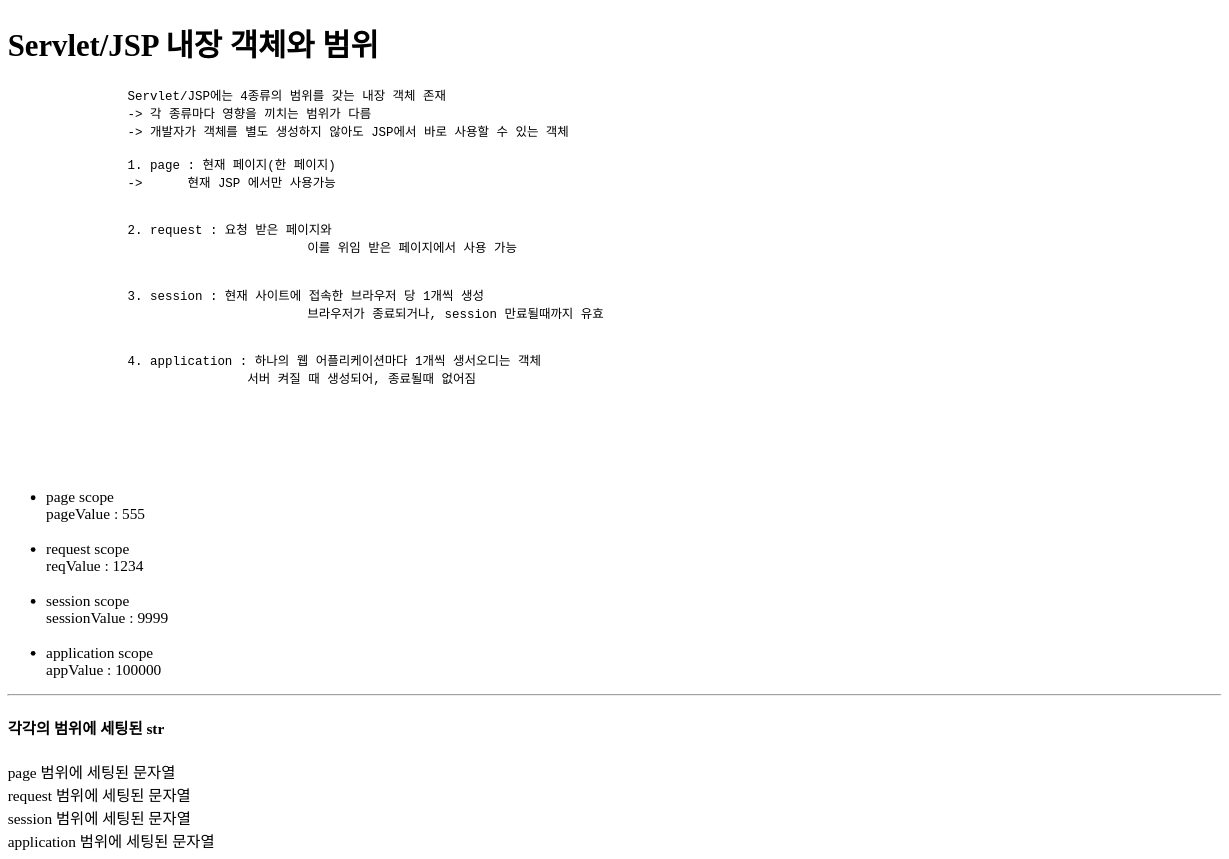
Repository: seungjoo1217/05_Server
Page: http://localhost/JSPProject2/scope
An editor plug-in stored every save of this project. The page is shown before and after the next save, followed by the edit.
The browser window is 1280 px wide. The pictures show the whole page, at 96% of full size.
The page is served by Tomcat 10. Other server files are loaded and not shown.

Above is the page before, as saved 2024-03-22 06:37:10.

### JSPProject2/src/main/webapp/WEB-INF/views/scope/scope.jsp
<%@ page language="java" contentType="text/html; charset=UTF-8"
    pageEncoding="UTF-8"%>
<!DOCTYPE html>
<html>
<head>
<meta charset="UTF-8">
<title>Servlet/JSP 내장 객체와 범위</title>
</head>
<body>
	<h1>Servlet/JSP 내장 객체와 범위</h1>

	<pre>
		Servlet/JSP에는 4종류의 범위를 갖는 내장 객체 존재
		-> 각 종류마다 영향을 끼치는 범위가 다름
		-> 개발자가 객체를 별도 생성하지 않아도 JSP에서 바로 사용할 수 있는 객체

		1. page : 현재 페이지(한 페이지)
		->	현재 JSP 에서만 사용가능


		2. request : 요청 받은 페이지와
					이를 위임 받은 페이지에서 사용 가능


		3. session : 현재 사이트에 접속한 브라우저 당 1개씩 생성
					브라우저가 종료되거나, session 만료될때까지 유효


		4. application : 하나의 웹 어플리케이션마다 1개씩 생서오디는 객체
				서버 켜질 때 생성되어, 종료될때 없어짐





	</pre>


	<ul>
		<li>
			page scope <br>

			<%
				// pageContext : page scope 객체
				pageContext.setAttribute("pageValue", 555);

				pageContext.setAttribute("str", "page 범위에 세팅된 문자열");

			%>

			pageValue : ${pageScope.pageValue}
		</li>

		<br>

		<li>
			request scope<br>
			reqValue : ${requestScope.reqValue}
		</li>

		<br>

		<li>
			session scope<br>
			sessionValue : ${sessionScope.sessionValue}
		</li>

		<br>

		<li>
			application scope<br>
			appValue : ${applicationScope.appValue}
		</li>

	</ul>


	<hr>

	<h4>각각의 범위에 세팅된 str</h4>
	${pageScope.str}<br>
	${requestScope.str}<br>
	${sessionScope.str}<br>
	${applicationScope.str}<br>







</body>
</html>

### JSPProject2/src/main/java/edu/kh/jsp/controller/ScopeController.java
package edu.kh.jsp.controller;

import java.io.IOException;

import jakarta.servlet.RequestDispatcher;
import jakarta.servlet.ServletContext;
import jakarta.servlet.ServletException;
import jakarta.servlet.annotation.WebServlet;
import jakarta.servlet.http.HttpServlet;
import jakarta.servlet.http.HttpServletRequest;
import jakarta.servlet.http.HttpServletResponse;
import jakarta.servlet.http.HttpSession;


// 서블릿 매핑할때 주소 앞에 "/" 무조건 반드시 작성
// 서블릿 매핑에서 유효하지 않은 url pattern...
@WebServlet("/scope")
public class ScopeController extends HttpServlet{

	@Override
	protected void doGet(HttpServletRequest req, HttpServletResponse resp) throws ServletException, IOException {

		RequestDispatcher dis = req.getRequestDispatcher("/WEB-INF/views/scope/scope.jsp");


		// 1. page scope -> JSP 에서 확인(page scope는 jsp 파일내에서만 사용가능)

		// 2. request scope -> 요청받은곳 + 위임받은페이지
		req.setAttribute("reqValue", "1234");

		// 3. session scope -> 브라우저당 1개
		//					-> 브라우저 종료 또는 session 만료까지 유지

		// session 객체 얻어오는 방법
		HttpSession session = req.getSession();
		session.setAttribute("sessionValue", "9999");


		// 4. appication scope -> 서버가 켜져있는 동안 유지

		// application 객체 얻어오는 방법
		// -> request, session 객체에서 얻어오기 가능
		ServletContext application = req.getServletContext();
		//ServletContext application = session.getServletContext();
		application.setAttribute("appValue", 100000);


		//** 모든 scope는 속성을 세팅하고 얻어오는 방법 동일 !! **

		// ***********************************************************

		// 우선 순위 확인 & scope 생명주기 확인

		// 모든 범위에 같은 key로 속성 세팅
		req.setAttribute("str", "request 범위에 세팅된 문자열");

		session.setAttribute("str", "session 범위에 세팅된 문자열");

		application.setAttribute("str", "application 범위에 세팅된 문자열");




		// scope.jsp로 위임중
		dis.forward(req, resp);
	}
}

After the next save:
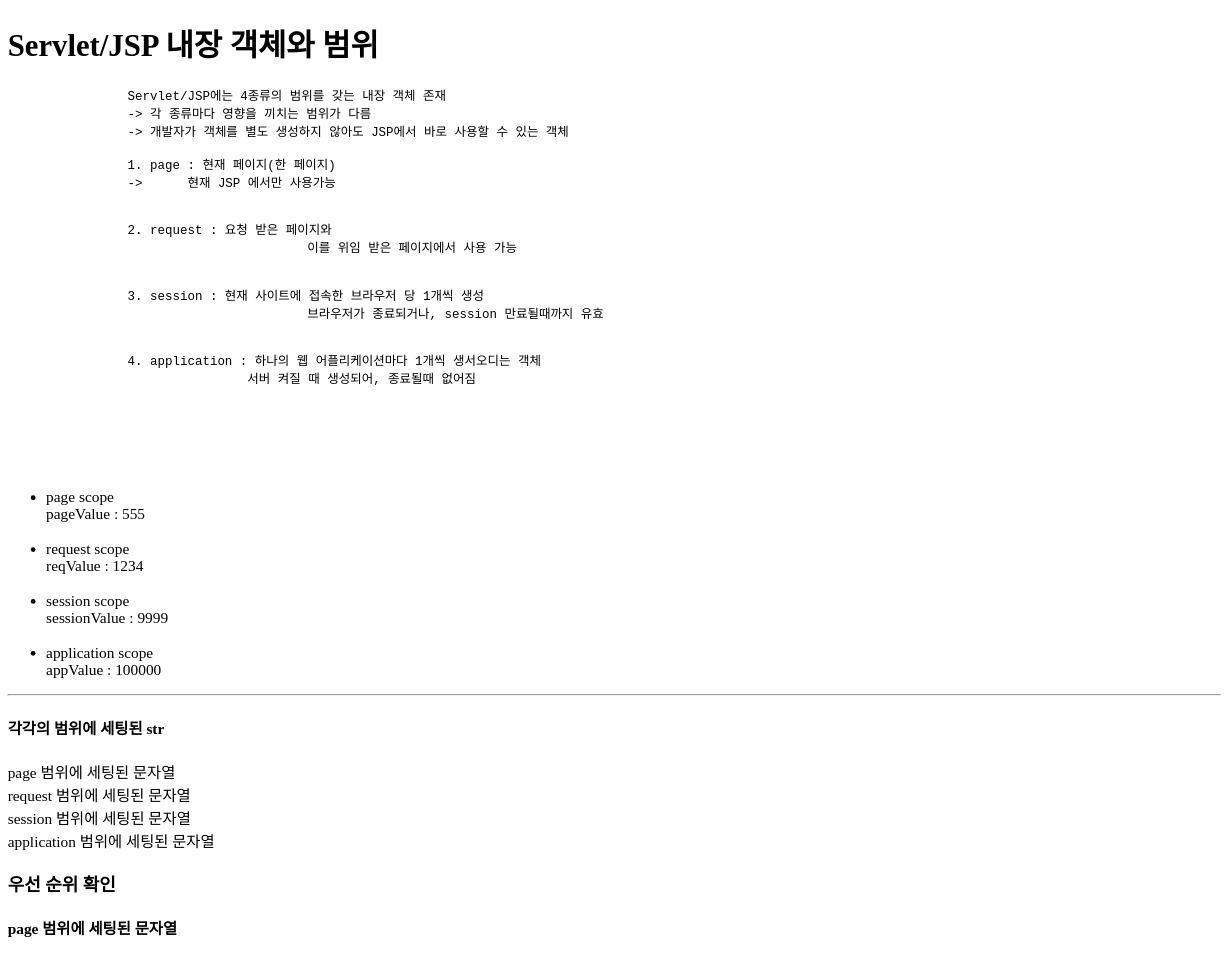
Saved 66 s later.
--- a/JSPProject2/src/main/webapp/WEB-INF/views/scope/scope.jsp
+++ b/JSPProject2/src/main/webapp/WEB-INF/views/scope/scope.jsp
@@ -83,7 +83,8 @@
 	${sessionScope.str}<br>
 	${applicationScope.str}<br>
 
-
+	<h3>우선 순위 확인</h3>
+	<h4>${str}</h4>
 
 
 
